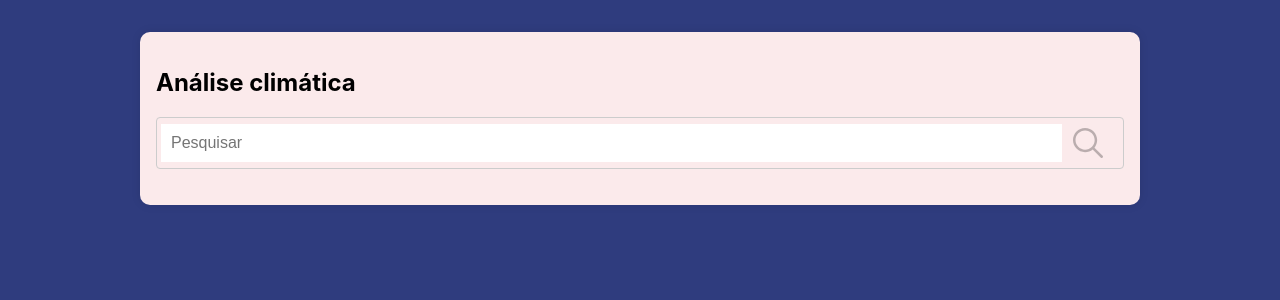
Repository: yurilemos/climate-check
Page: /
An editor plug-in stored every save of this project. The page is shown before and after the next save, followed by the edit.
The browser window is 1280 px wide. The pictures show the whole page.
The project was rebuilt for these pictures with package versions that can differ from the ones it lists, and the page was loaded fresh each time. Also part of the build but not shown: src/pages/notFound/index.jsx.

Above is the page before, as saved 2023-05-19 17:53:50.

After the next save:
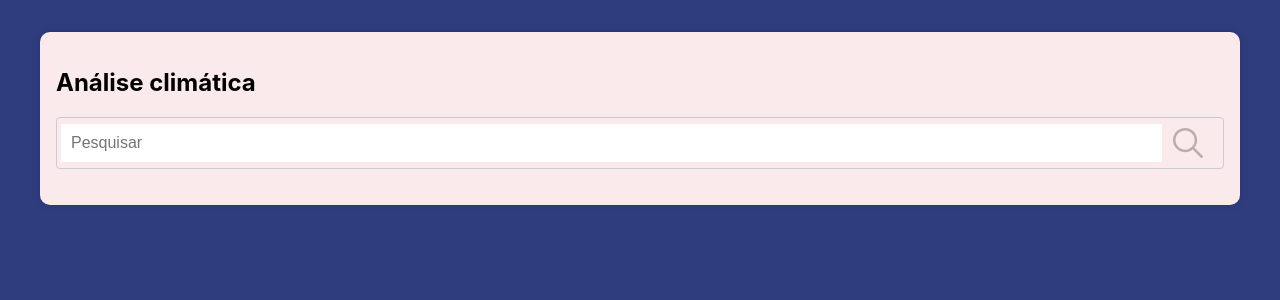
Saved 3 min 0 s later.
--- a/src/pages/home/style.js
+++ b/src/pages/home/style.js
@@ -8,5 +8,5 @@ export const HomeContent = styled.div`
   width: 100%;
   margin: auto;
   margin-top: 1rem;
-  max-width: 1000px;
+  max-width: 1200px;
 `;
